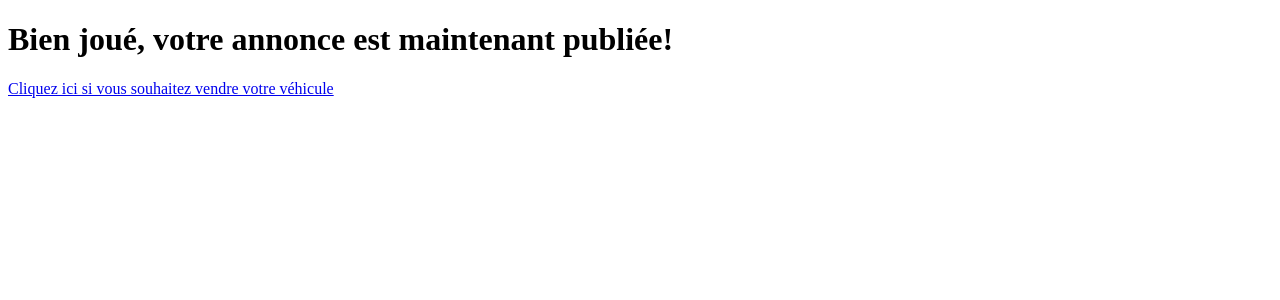
Repository: JonasvanHoorebeke/node_project_carforsale
Page: views/new.ejs
The author's editor kept a copy of each file at every save. The page is drawn from the files as they stood at one save, then again after a run of saves.
The browser window is 1280 px wide. The pictures show the whole page.
The page is served by the project's Node server (app.js). Other server files are loaded and not shown. The template is opened directly, without the code that normally fills it, so the values that code supplies are empty.

Above is the page before, as saved 2020-05-11 19:22:33.

### views/new.ejs
<!DOCTYPE html>
<html>
    <head>
        <title>Annonce publiée</title>
    </head>
    <body>
        <h1>Bien joué, votre annonce est maintenant publiée!</h1>

<a href='/form'>Cliquez ici si vous souhaitez vendre votre véhicule</a>
    </body>
</html>

### app.js
var createError = require('http-errors');
var express = require('express');
var path = require('path');
var cookieParser = require('cookie-parser');
var logger = require('morgan');

var indexRouter = require('./routes/index');
var usersRouter = require('./routes/users');
/* var indexApiRouter = require('./routes/indexApi'); */

var app = express();

// Appel API test
/* router.get('/api/id', indexApi.select); */

// view engine setup
app.set('views', path.join(__dirname, 'views'));
app.set('view engine', 'ejs');

app.use(logger('dev'));
app.use(express.json());
app.use(express.urlencoded({ extended: false }));
app.use(cookieParser());
app.use(express.static(path.join(__dirname, 'public')));

app.use('/', indexRouter);
app.use('/users', usersRouter);

// catch 404 and forward to error handler
app.use(function(req, res, next) {
  next(createError(404));
});

// error handler
app.use(function(err, req, res, next) {
  // set locals, only providing error in development
  res.locals.message = err.message;
  res.locals.error = req.app.get('env') === 'development' ? err : {};

  // render the error page
  res.status(err.status || 500);
  res.render('error');
});

module.exports = app;

After the next 2 saves:
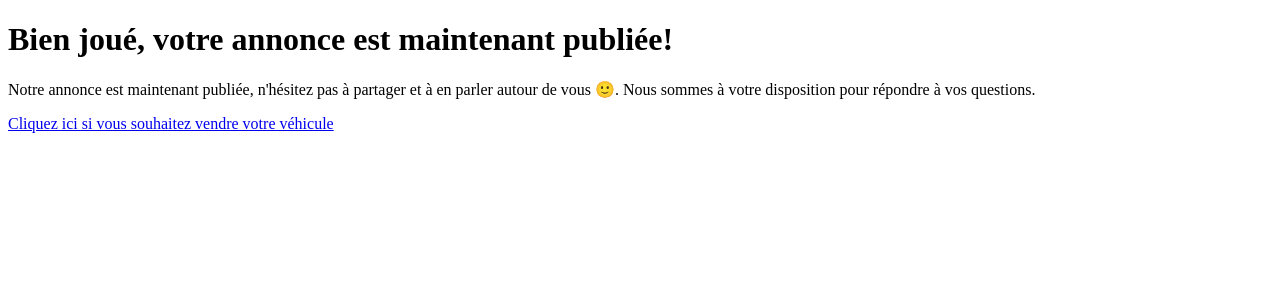
The 2 saves are shown as one change because they came seconds apart.
The last was saved 6 s later.
--- a/views/new.ejs
+++ b/views/new.ejs
@@ -5,7 +5,8 @@
     </head>
     <body>
         <h1>Bien joué, votre annonce est maintenant publiée!</h1>
-
+        <p>Notre annonce est maintenant publiée, n'hésitez pas à partager et à en parler autour de vous 🙂.
+            Nous sommes à votre disposition pour répondre à vos questions.</p>
 <a href='/form'>Cliquez ici si vous souhaitez vendre votre véhicule</a>
     </body>
 </html>
